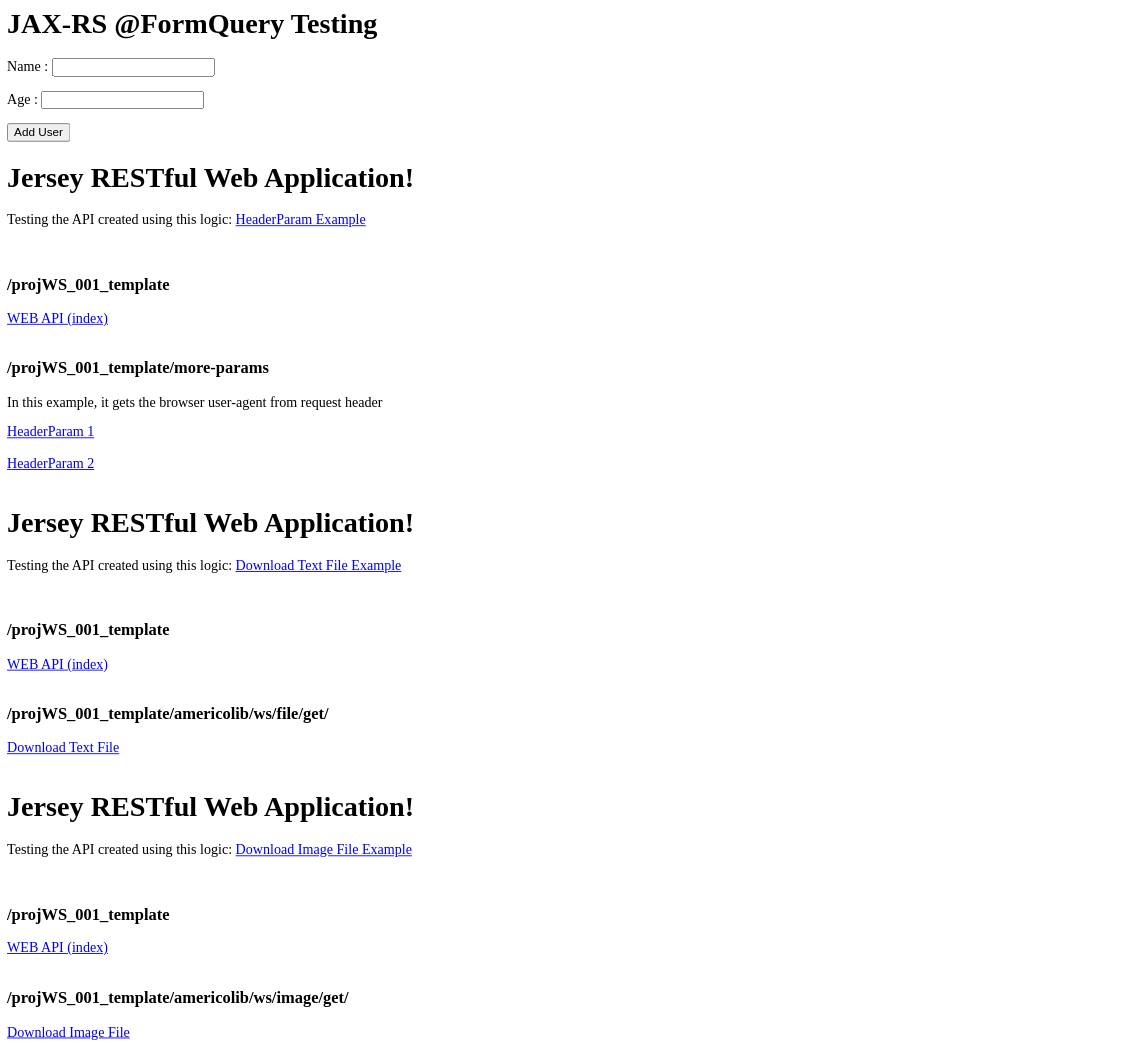
Repository: atafs/BackEnd_JAX-RS_REST_2continue
Page: http://localhost/projWS_001_template/
These files come from the project's save history. The page is drawn as it stood at one moment and after the next save; the edit follows.
The browser window is 1280 px wide. The pictures show the whole page, at 88% of full size.
The page is served by Tomcat 9.

Above is the page before, as saved 2016-05-03 10:37:17.

After the next save:
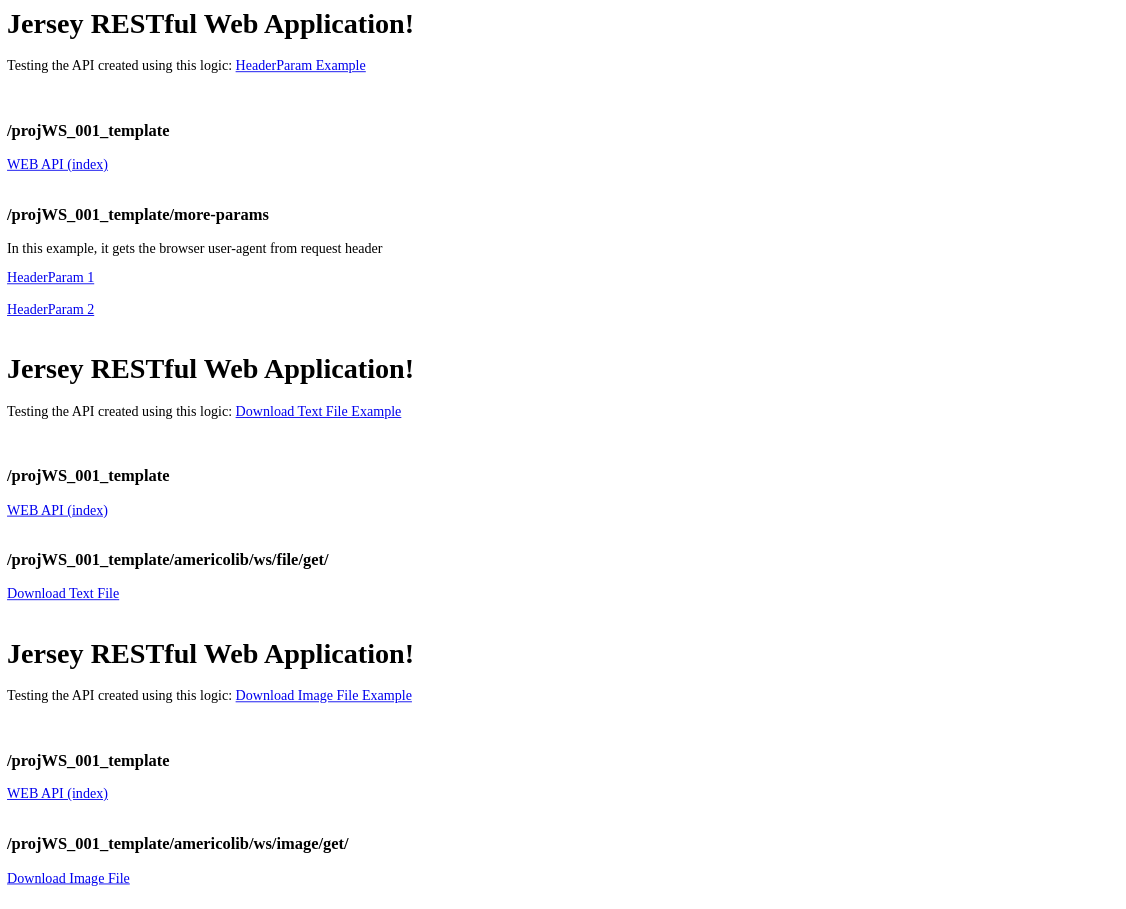
Saved 100 s later.
--- a/projWS_001_template/src/main/webapp/index.jsp
+++ b/projWS_001_template/src/main/webapp/index.jsp
@@ -1,19 +1,7 @@
 <html>
 <body>
 
-    <!-- JAX-RS @FormParam example ######################################## -->
-    <!-- FORM: binding between html and java classes -->
-    <h1>JAX-RS @FormQuery Testing</h1>
 
-	<form action="americolib/ws/add" method="post">
-		<p>
-			Name : <input type="text" name="name" />
-		</p>
-		<p>
-			Age : <input type="text" name="age" />
-		</p>
-		<input type="submit" value="Add User" />
-	</form>
 
     <!-- Get HTTP header in JAX-RS ######################################## -->
     <!-- TITLE -->
